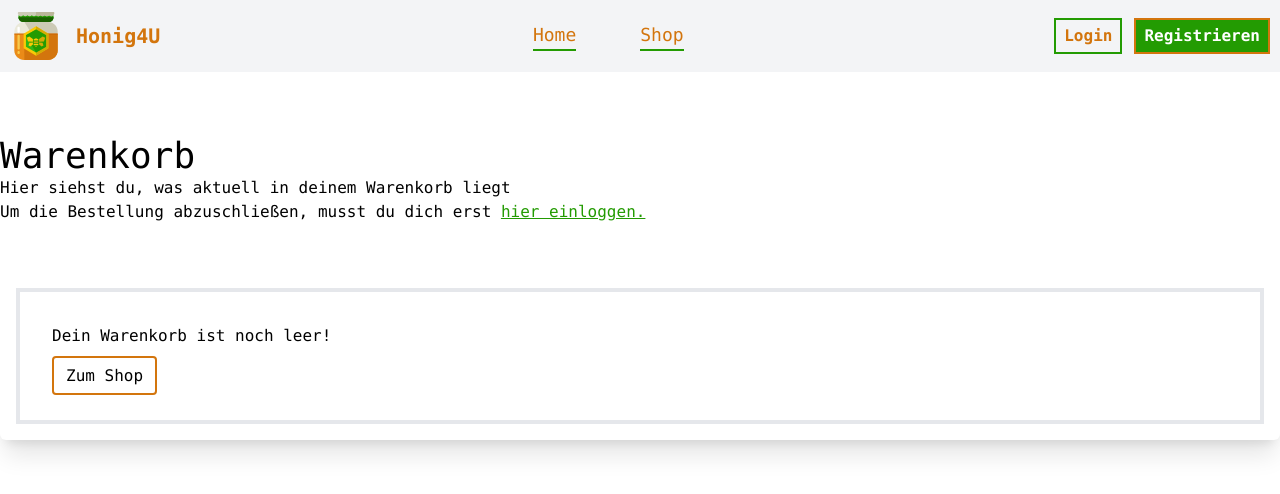
Repository: cainytheslave/PHPHonigShop
Page: http://localhost/warenkorb.php
The author's editor kept a copy of each file at every save. The page is drawn from the files as they stood at one save, then again after a run of saves.
The browser window is 1280 px wide. The pictures show the whole page.
The page is run by PHP 8.4 with error messages shown; the project is at /var/www/html/. Style sheets and scripts are compiled from the project's sources, by tool versions that may differ from the author's.

Above is the page before, as saved 2022-03-11 01:17:38.

After the next 2 saves:
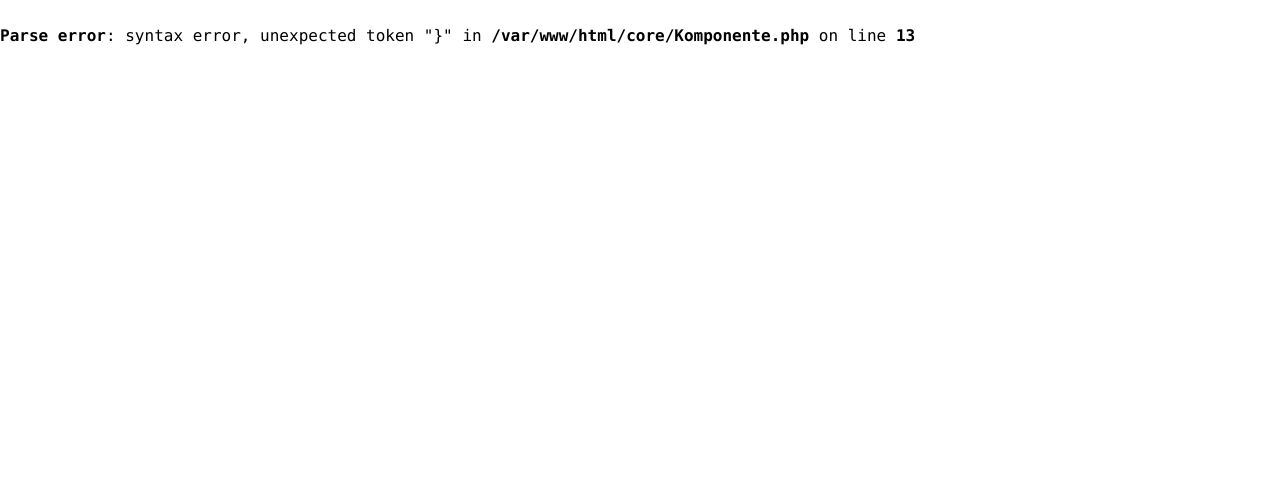
The 2 saves are shown as one change because they came seconds apart.
The last was saved 72 s later.
--- a/core/Komponente.php
+++ b/core/Komponente.php
@@ -5,8 +5,9 @@
 
     static function link($text = "", $href = "", $border = "orange")
     {
-        $href = $href . '.php';
         $classes = "text-center px-3 py-2 border-2 hover:bg-gray-200 active:scale-95 hover:scale-105 border-$border-400";
         return "<a href='$href' class='$classes'>$text</a>";
     }
+
+    static function
 }

After the save that followed:
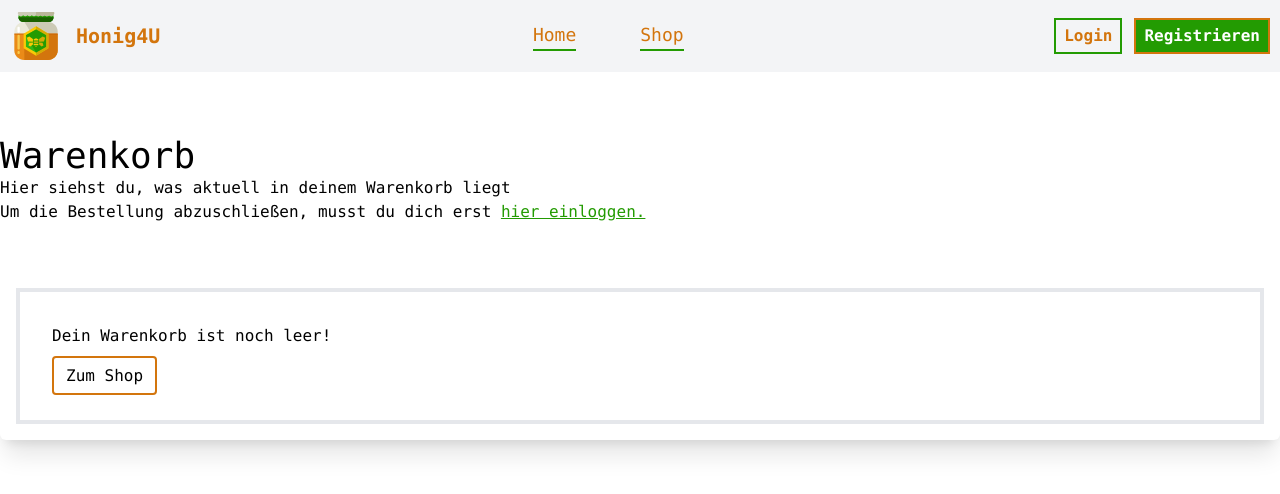
Saved 6 s later.
--- a/core/Komponente.php
+++ b/core/Komponente.php
@@ -8,6 +8,4 @@
         $classes = "text-center px-3 py-2 border-2 hover:bg-gray-200 active:scale-95 hover:scale-105 border-$border-400";
         return "<a href='$href' class='$classes'>$text</a>";
     }
-
-    static function
 }
